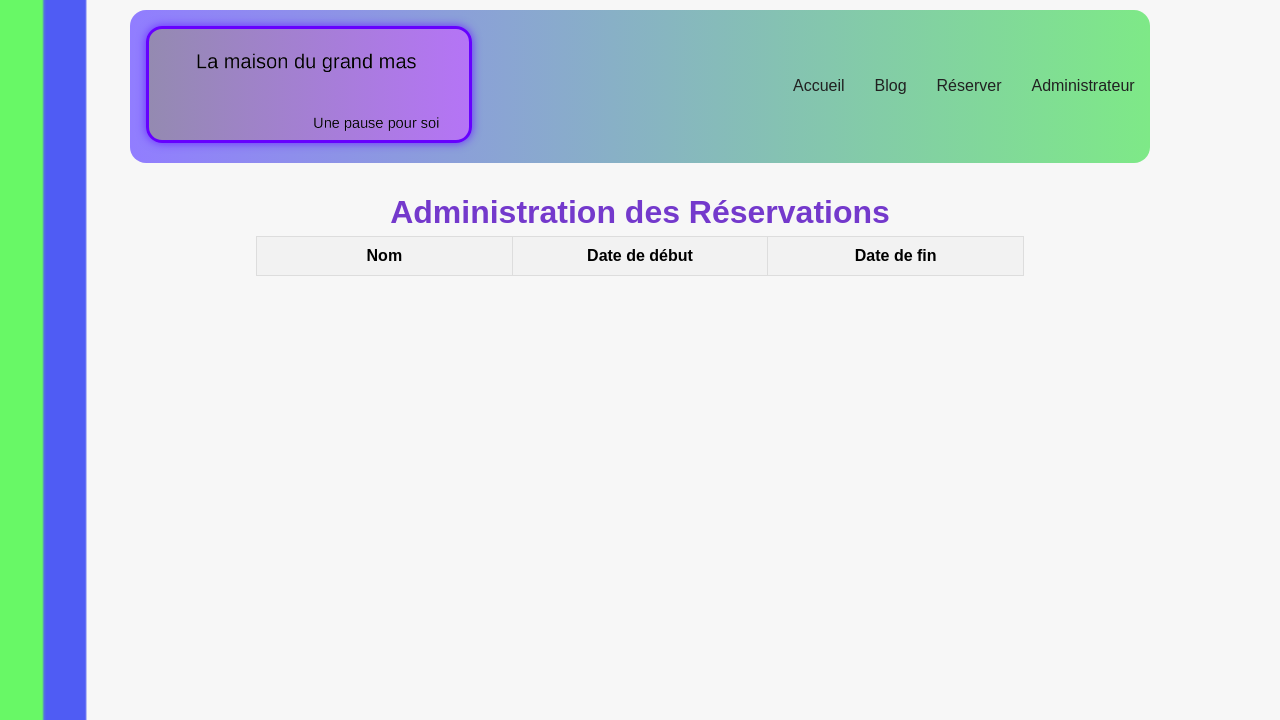
Repository: Crosnierpaul/Les_Rangers_de_Pouvoir
Page: http://localhost/adminReservation
The author's editor kept a copy of each file at every save. The page is drawn from the files as they stood at one save, then again after a run of saves.
The browser window is 1280 px wide. The pictures show the whole page.
The page is served by the project's Node server (site/server.js). Other server files are loaded and not shown. Queries for data that is not in the repository find no rows.

Above is the page before, as saved 2024-05-07 15:54:27.

### site/public/views/reservationAdmin.ejs
<!DOCTYPE html>
<html lang="fr">
<head>
    <meta charset="UTF-8">
    <meta name="viewport" content="width=device-width, initial-scale=1.0">
    <title>Administration des Réservations</title>
    <link rel="stylesheet" href="../css/style.css">
    <link rel="stylesheet" href="../css/admin.css">
</head>
<body>
    <%- include('navbarAdmin') %>
    <h1>Administration des Réservations</h1>
    <table id="reservationsTable">
        <thead>
            <tr>
                <th>Nom</th>
                <th>Date de début</th>
                <th>Date de fin</th>
            </tr>
        </thead>
        <tbody id="reservationsBody">
            <!-- Les réservations seront insérées ici -->
        </tbody>
    </table>

    <script src="/js/reservationAdmin.js"></script>
</body>
</html>

### site/public/views/navbarAdmin.ejs
<!DOCTYPE html>
<html lang="fr">
<head>
    <meta charset="UTF-8">
    <meta name="viewport" content="width=device-width, initial-scale=1.0">
    <title>Navbar</title>
    <link href="/css/navbar.css" rel="stylesheet">
</head>
<body>
    <header>
        <nav class="navbar navbar-expand-md navbar-light">
            <div class="container">
                <!-- Ajouter le bouton de bascule pour les petits écrans
                <button class="navbar-toggler" type="button" data-toggle="collapse" data-target="#navbarSupportedContent" aria-controls="navbarSupportedContent" aria-expanded="false" aria-label="Toggle navigation">
                    <span class="navbar-toggler-icon"></span>
                </button> -->
                <div class="collapse navbar-collapse justify-content-center" id="navbarSupportedContent">
                    <ul class="navbar-nav d-flex justify-content-start">
                        <li id="liLogo">
                            <img id="logo" src="/images/logo.png"/>
                        </li>
                        <li class="nav-item">
                            <a class="nav-link" href="/">Accueil</a>
                        </li>
                        <li class="nav-item">
                            <a class="nav-link" href="/blog">Blog</a>
                        </li>
                        <li class="nav-item">
                            <a class="nav-link" href="/entretien">Réserver</a>
                        </li>
                        <li class="nav-item">
                            <a class="nav-link" href="/admin">Administrateur</a>
                        </li>
                        </ul>
                    </div>
                </div>
            </div>
        </nav>
    </header>

    <!-- Inclure jQuery (requis pour Bootstrap JavaScript)
    <script src="https://ajax.googleapis.com/ajax/libs/jquery/3.5.1/jquery.min.js"></script>
    Inclure Bootstrap JavaScript
    <script src="https://stackpath.bootstrapcdn.com/bootstrap/4.5.2/js/bootstrap.bundle.min.js"></script> -->
</body>
</html>

<script>
    // Attendez que le DOM soit chargé
    document.addEventListener("DOMContentLoaded", function() {
        // Récupérez l'URL de la page actuelle
        var currentLocation = window.location.href.substring("http://localhost:3000".length);

        // Sélectionnez tous les liens de la navbar
        var navLinks = document.querySelectorAll('.navbar-nav .nav-item');

        // Parcourez chaque lien pour vérifier s'il correspond à la page active
        navLinks.forEach(function(navItem) {
            var link = navItem.querySelector('.nav-link');
            var linkHref = link.getAttribute('href');

            // Vérifiez si l'URL de la page actuelle correspond à l'URL du lien dans la navbar
            if (currentLocation === linkHref) {
                // Ajoutez la classe 'active' à l'élément parent (li) correspondant
                navItem.classList.add('active');
            }
        });
    });
</script>

### site/server.js
const express = require('express');
const mongoose = require('mongoose');
const semainesRoutes = require('./routes/semainesRoutes');
const articleRoutes = require('./routes/articleRoutes');
const reservationsRoutes = require('./routes/reservationsRoutes');
const entretienRoutes = require('./routes/entretienRoutes');
const path = require('path');

const app = express();
const PORT = process.env.PORT || 3000;

//----------- Connect to MongoDB -----------//
mongoose.connect('mongodb://localhost:27017/siteDB', { useNewUrlParser: true, useUnifiedTopology: true })
    .then(() => {
        console.log('Connected to MongoDB');
        app.listen(PORT, () => {
            console.log(`Server is running on port ${PORT}`);
        });
    })
    .catch(err => console.error('Error connecting to MongoDB:', err));

//----------- Middleware -----------//
app.use(express.json());

app.use(express.static(path.join(__dirname, 'public')));

//----------- View engine setup -----------//
app.set('views', path.join(__dirname, 'public', 'views'));

app.set('view engine', 'ejs');

//----------- Routes -----------//
app.use('/semaines', semainesRoutes);
app.use('/reservations', reservationsRoutes);
app.use('/articles', articleRoutes);
app.use('/entretiens', entretienRoutes);

app.get('/', (req, res) => {
    res.render('index');
});

app.get('/blog', (req, res) => {
    res.render('blog');
});

app.get('/reservation', (req, res) => {
    res.render('reservation');
});

app.get('/admin', (req, res) => {
    res.render('admin');
});

app.get('/adminBlog', (req, res) => {
    res.render('blogAdmin');
});

app.get('/adminReservation', (req, res) => {
    res.render('reservationAdmin');
});

app.get('/entretien', (req, res) => {
    res.render('entretien');
});

app.get('/adminEntretien', (req, res) => {
    res.render('entretienAdmin');
});

app.get('/adminAccueil', (req, res) => {
    res.render('accueilAdmin');
});

### site/public/css/style.css

body {
    font-family: Arial, sans-serif;
    margin: 20px;
    padding: 0;
    background-image: url(../images/layered-waves-haikei.png);
    background-size: cover;
    background-repeat: no-repeat;
    background-attachment: fixed;
}

h1, h2 {
    text-align: center;
    margin-bottom: 5px;
    color: #7439cc;
}


form {
    margin-bottom: 30px;
}

label {
    display: block;
    margin-bottom: 5px;
    color: #7439cc;
}

input[type="text"],
textarea,
input[type="file"] {
    width: 100%;
    padding: 10px;
    margin-bottom: 15px;
    border: 1px solid #191919;
    border-radius: 4px;
    box-sizing: border-box;
    background-color: #fbfbfb;
    color: #7439cc;
}

input[type="submit"],
button[type="submit"] {
    display: inline-block;
    background-color: #999;
    color: #fff;
    padding: 10px 20px;
    margin-bottom: 10px;
    border: none;
    border-radius: 4px;
    cursor: pointer;
}

input[type="submit"]:hover,
button[type="submit"]:hover {
    background-color: #ccc;
    color: #333;
}

#clearArticles,
#deleteArticle {
    margin-right: 10px;
}

@media (max-width: 480px) {
    #deleteArticle,
    #deleteLastArticle {
        width: 100%;
        display: block;
        margin-right: 0;
    }
}

#articlesList {
    background-color: #333;
}

/*------------------------- CONTAINER ET INFOS INFOS ACCUEIL ---------------------------------------------*/

.bordertitle {
    border-bottom: 4px solid #e9de02;
    border-top: 4px solid #e9de02;
    box-shadow: #e9de024e -5px 5px, rgba(240, 46, 170, 0.3) -10px 10px, rgba(240, 46, 170, 0.2) -15px 15px, rgba(240, 46, 170, 0.1) -20px 20px, rgba(240, 46, 170, 0.05) -25px 25px;
}


.containerindex {
    display: flex;
    flex-direction: column;
    min-width: 40em;
    max-width: 120em;
    align-items: center;
    border-radius: 48px 10px 46px 10px;
    -webkit-border-radius: 48px 10px 46px 10px;
    -moz-border-radius: 48px 10px 46px 10px;
    background-image: url(../images/blob-scene-haikei.png);
    background-repeat: no-repeat;
    background-size: cover;
}
.row {
    display: flex;
    justify-content: center; /* Espacement égal entre les éléments */
    width: 100%;
}

.card {
    --background: linear-gradient(to left, #7439cc 0%, #1ae42b 100%);
    max-width: 100%;
    max-height: 100%;
    padding: 5px;
    border-radius: 1rem;
    overflow: visible;
    background: #f7ba2b;
    background: var(--background);
    position: relative;
    z-index: 1;
    margin: 20px;
    margin-top: 15px;
}

.card::after {
    position: absolute;
    content: "";
    top: 30px;
    left: 0;
    right: 0;
    z-index: -1;
    height: 100%;
    width: 100%;
    transform: scale(0.8);
    filter: blur(25px);
    background: #f7ba2b;
    background: var(--background);
    transition: opacity .5s;
}

.card-info {
    --color: #f4f4f4;
    background: var(--color);
    color: var(--color);
    display: flex;
    flex-direction: column; /* Affichage en colonnes */
    justify-content: center;
    align-items: center;
    width: 100%;
    height: 100%;
    overflow: visible;
    border-radius: .7rem;
}

.card .title {
    font-weight: bold;
}

/*Hover*/
.card:hover::after {
    opacity: 0;
}

.card:hover .card-info {
    color: #f7ba2b;
    transition: color 1s;
}

/* Ajouter un espace de 25px entre les deux cartes du haut */
.row:first-child .col-6 {
    margin-right: 25px;
}

/* Centrer la carte du bas */
.row:last-child {
    justify-content: center;
}

.row {
    display: flex;
    justify-content: center;
    width: 100%;
    flex-direction: row;
    flex-wrap: nowrap;
    align-content: center;
    align-items: center;
}


/*------------------------- ONEPAGE ---------------------------------------------*/

body {
    font-family: Arial, sans-serif;
    margin: 0;
    padding: 0;
    box-sizing: border-box;
    overflow-x: hidden; /* Empêche le défilement horizontal d'apparaître */
}

.navbarHori {
    position: fixed;
    top: 50%; /* Positionne la barre de navigation à 50% du haut de la fenêtre */
    transform: translateY(-50%); /* Déplace la barre de navigation vers le haut de moitié de sa propre hauteur */
    right: 10px; /* Ajoute un espace à droite pour éviter le chevauchement avec la barre de défilement */
    width: 20px; /* Largeur réduite de la barre de navigation */
    height: calc(100vh - 50vh); /* Hauteur de la barre de navigation (100% de la hauteur moins 50% de la hauteur) */
    background-color: rgb(156, 255, 164);
    display: flex;
    flex-direction: column;
    align-items: center;
    justify-content: center;
    border-radius: 15px;
    opacity: 0.2; /* Définit l'opacité initiale à 0 (invisible) */
    transition: opacity 0.3s ease; /* Ajoute une transition sur l'opacité */
}

.navbarHori:hover {
    opacity: 1; /* Rend la barre de navigation visible au survol */
}

.navbarHori a {
    text-decoration: none;
    margin-bottom: 18px; /* Réduit légèrement l'espacement entre les points */
    width: 10px; /* Largeur réduite du point */
    height: 10px; /* Hauteur réduite du point */
    border-radius: 50%; /* Pour rendre le point rond */
    background-color: #fff;
    display: flex;
    align-items: center;
    justify-content: center;
    transition: transform 0.2s ease; /* Ajoute une transition sur la propriété transform */
}

.navbarHori a:hover {
    transform: scale(0.9); /* Réduit légèrement la taille du point au survol */
}

.navbarHori a:active {
    transform: scale(0.8); /* Réduit davantage la taille du point lorsque pressé */
    /* background-color: #666; /* Change la couleur de fond du point lorsque pressé */
    opacity: 0;
}

.baniere {
    display: flex;
    flex-direction: column;
    align-items: center;
    justify-content: center;
    padding: 50px;
    margin: 1em;
    background-image: url(https://www.barnes-international.com/images/titres_personnalises/-titre-lhYBl.jpg);
    height: 60vh;
    border-radius: 1em;
}

.section {
    display: flex;
    flex-direction: column;
    align-items: center;
    padding: 50px;
    margin-top: 80px;
    /* background-image: url(https://img.freepik.com/vecteurs-premium/fond-remplissage-motif-repetition-sans-soudure_74869-1234.jpg?size=626&ext=jpg&ga=GA1.1.1413502914.1713571200&semt=ais); */
    /* --background: linear-gradient(to bottom, #ffffff 0%, #999999 100%);
    background: var(--background); */
    background-color: #eeeeee00;
    max-height: 400vh;
    min-height: 100vh;
}

.section h1 {
    text-align: center;
    margin-top: -20px;
    margin-bottom: 20px;
    color : #7439cc;
}

.section ul {
    list-style-type: none;
    padding: 0;
    margin: 0;
}

.section ul li {
    margin-right: 1em;
    margin-left: 1em;
    position: relative;
    padding-left: 20px;
    margin-bottom: 8px;
    font-size: 18px; /* Taille de texte ajustée */
    line-height: 1.6;
    color: #7439cc;
    font-family: "Arial", sans-serif; /* Changement de police */
}

/* Affiche la section correspondante lorsqu'un point est survolé */
.navbarHori a:hover::before {
    content: attr(data-section); /* Affiche le nom de la section */
    position: absolute;
    right: 180%; /* Positionne le texte à gauche de la barre de navigation */
    background-color: rgba(255, 255, 255, 0.9); /* Couleur de fond du texte */
    padding: 5px;
    border-radius: 5px;
    font-size: 14px;
    white-space: nowrap;
}

@media (max-width: 768px) { /* Ajout de la règle media query pour les tailles de vue inférieures à 768px, qui est généralement utilisée pour les tablettes et les téléphones */
    .navbarHori {
        position: fixed;
        top: 50%;
        transform: translateY(-50%); /* Déplace la barre de navigation vers le haut de moitié de sa propre hauteur */
        height: auto;
        transform: none; /* Supprime la transformation de translation */
        opacity: 1; /* Rend la barre de navigation toujours visible */
        background-color: rgb(156, 255, 164); /* Couleur de fond */
    }

    .navbarHori:hover,
    .navbarHori a:hover,
    .navbarHori a:active {
        transform: none; /* Supprime la transformation au survol ou à l'activation */
        opacity: 1; /* Rend la barre de navigation toujours visible */
    }

    .navbarHori a::before {
        display: none; /* Cache le texte de section avant le survol */
    }
}

#articlesList div {
    background-color: #f9f9f9;
    border-radius: 1em;
    margin: 1em;
    padding-top: 2vh;
    padding-bottom: 2vh;
    padding-left: 5vh;
    padding-right: 5vh;
}

#articlesList p, #articlesList h2 {
    color: #7439cc;
}

#articlesList {
    background-color: transparent;
}

### site/public/css/admin.css
/* Style de base pour le selecteur */
select {
    display: flex;
    justify-content: center;
}

#timeSlot {
    font-family: 'Poppins', sans-serif;
    font-size: 16px;
    padding: 10px;
    width: 200px;
    border: 1px solid #ccc;
    border-radius: 5px;
    background-color: #fff;
    appearance: none; /* Masquer l'apparence native */
}

/* Style pour les options du selecteur */
#timeSlot option {
    font-family: 'Poppins', sans-serif;
    font-size: 16px;
    padding: 10px;
    background-color: #fff;
    color: #333;
}

table {
    border-collapse: collapse;
    width: 60%;
    margin: 0 auto;
    border: 1px solid #ddd;
    border-radius: 5px;
}

th, td {
    border: 1px solid #ddd;
    padding: 10px;
    text-align: center;
    width: calc(100% / 3); /* Les cellules prennent chacune 1/3 de la largeur du tableau */
}

th {
    background-color: #f2f2f2;
}

tbody tr:hover {
    background-color: #f0f0f0;
    cursor: pointer;
}



td:hover {
    background-color: #f0f0f0; /* Couleur de fond lors du survol */
    cursor: pointer; /* Changement de curseur pour indiquer qu'il est cliquable */
}

td.selected {
    background-color: #c99aff; /* Couleur de fond grise pour les cellules sélectionnées */
    cursor: default; /* Désactiver le changement de curseur */
}

p {
    text-align: center;
}

section {
    margin: 1em auto; /* Centrer la section */
    max-width: 80%; /* Réduire la largeur maximale */
    --background: linear-gradient(to bottom, #b1ff9c 0%, #79ff84 100%);
    background: var(--background);
    border-radius: 1em;
    padding: 1em;
}

### site/public/css/navbar.css
.start-header {
	opacity: 1;
	transform: translateY(0);
	padding: 20px 0;
	box-shadow: 0 10px 30px 0 rgba(138, 155, 165, 0.15);
	-webkit-transition : all 0.3s ease-out;
	transition : all 0.3s ease-out;
}

.start-header.scroll-on {
	box-shadow: 0 5px 10px 0 rgba(138, 155, 165, 0.15);
	padding: 10px 0;
	-webkit-transition : all 0.3s ease-out;
	transition : all 0.3s ease-out;
}

.start-header.scroll-on .navbar-brand img{
	height: 24px;
	-webkit-transition : all 0.3s ease-out;
	transition : all 0.3s ease-out;
}

.navigation-wrap{
	position: fixed;
	width: 100%;
	top: 0;
	left: 0;
	z-index: 1000;
	-webkit-transition : all 0.3s ease-out;
	transition : all 0.3s ease-out;
}

.navbar {
    padding: 10px 0;
    display: flex;
    justify-content: center;
	margin-left: 1em;
  	margin-right: 1em;
}

.navbar-toggler {
	float: right;
	border: none;
	padding-right: 0;
	padding-left: 0;
}

.navbar-toggler:active,
.navbar-toggler:focus {
	outline: none;
}

.navbar-light .navbar-toggler-icon {
	width: 24px;
	height: 17px;
	background-image: none;
	position: relative;
	border-bottom: 1px solid #000;
    transition: all 300ms linear;
}

.navbar-light .navbar-toggler-icon:after,
.navbar-light .navbar-toggler-icon:before{
	width: 24px;
	position: absolute;
	height: 1px;
	background-color: #000;
	top: 0;
	left: 0;
	content: '';
	z-index: 2;
    transition: all 300ms linear;
}

.navbar-light .navbar-toggler-icon:after{
	top: 8px;
}

.navbar-toggler[aria-expanded="true"] .navbar-toggler-icon:after {
	transform: rotate(45deg);
}

.navbar-toggler[aria-expanded="true"] .navbar-toggler-icon:before {
	transform: translateY(8px) rotate(-45deg);
}

.navbar-toggler[aria-expanded="true"] .navbar-toggler-icon {
	border-color: transparent;
}

.nav-link{
	color: #212121 !important;
	font-weight: 500;
    transition: all 200ms linear;
}

.nav-item.active .nav-link{
	color: #7439cc  !important;
}

/* LIGNE SOUS LIEN APRES SOURIS DESSUS */

.nav-link {
	position: relative;
	padding: 5px 0 !important;
	display: inline-block;
}

.nav-item:after {
	position: absolute;
	bottom: -5px;
	left: 0;
	width: 100%;
	height: 2px;
	content: '';
	background-color: #7439cc ;
	opacity: 0;
    transition: all 200ms linear;
}

/* FIN LIGNE SOUS LIEN */

.nav-item:hover:after{
	bottom: 0;
	opacity: 1;
}

.nav-item.active:hover:after{
	opacity: 0;
}

.nav-item {
    position: relative;
    transition: all 200ms linear;
    padding: 1em;
    text-align: center;
}

/* .nav-item.active .nav-link {
    color: #007bff; /* Changez cette couleur pour mettre en évidence l'élément actif
} */

.navbar-brand {
    margin-right: auto;
    margin-left: auto;
}

/* Ajoutez ces styles pour supprimer les puces des éléments li */
.navbar-nav {
    display: flex;
    justify-content: center;
    align-items: center;
    padding-left: 0; /* Supprime le décalage à gauche de la liste */
}

.navbar-nav .nav-item {
    padding: 0 15px;
    list-style: none; /* Supprime les puces */
}

.navbar-nav .nav-link {
    color: #212121 !important;
    font-weight: 500;
    transition: all 200ms linear;
}

.navbar-nav .nav-item:hover .nav-link {
    color: #7439cc !important;
}

/* Modifiez les styles des liens de navigation pour ressembler à du texte normal */
.nav-link {
    color: #212121 !important;
    font-weight: 500;
    transition: all 200ms linear;
    text-decoration: none; /* Supprime le soulignement par défaut des liens */
    cursor: pointer; /* Change le curseur en pointeur au survol */
}

.container {
	--background: linear-gradient(to right, #917dff 0%, #7ee987 100%);
    margin: 0px;
	min-height: 15vh;
	max-width: max-content;
	background: var(--background);
	border-radius: 1em;
}

.purple {
	color: #7439cc;
}

#logo {
	width: 20em;
	border: 3.5px solid #6600ff;
	border-radius: 1em;
	margin-left:  1em;
	margin-right: 19.1em;
	--background: linear-gradient(to right, #948ab1 0%, #b574f6 100%);
	background: var(--background);
	box-shadow: 0 0 10px 0 rgb(106, 43, 255);
}

#liLogo {
    list-style: none;
}

.nav-item.active:after {
	position: absolute;
	bottom: 0;
	left: 0;
	width: 100%;
	height: 2px;
	content: '';
	background-color: #7439cc ;
	opacity: 1;
}

.rs {
	margin-left: 18em;
	display: inherit;
}

.rs .nav-item {
	margin-left: 5px;
	margin-right: 5px;
}

/* Styles pour les écrans plus petits que 768px */
@media (max-width: 1000px) {
    .navbar {
        flex-direction: column; /* Afficher les éléments de la navbar en colonne */
        align-items: center; /* Centrer les éléments */
    }

    .navbar-nav {
        flex-direction: column; /* Afficher les éléments de la navbar en colonne */
        align-items: center; /* Centrer les éléments */
    }

    .navbar-toggler {
        order: -1; /* Mettre le bouton de bascule en haut */
        margin-bottom: 10px; /* Ajouter un espace entre le bouton de bascule et les liens */
    }

    .rs {
        margin-left: 0; /* Réinitialiser la marge pour les icônes de réseaux sociaux */
        text-align: center; /* Centrer les icônes de réseaux sociaux */
    }
}

/*Styles pour les écrans plus petits que 576px */
@media (max-width: 576px) {
    .navbar-brand {
        margin: 0; /* Réinitialiser la marge pour le logo */
    }

    #logo {
        width: 98.3%; /* Faire en sorte que le logo occupe toute la largeur */
        margin: 0; /* Réinitialiser la marge */
    }

    .rs {
        display: flex; /* Afficher les icônes de réseaux sociaux en ligne */
        justify-content: center; /* Centrer les icônes de réseaux sociaux */
    }

    .rs .nav-item {
        margin: 0 5px; /* Ajouter un espacement horizontal entre les icônes de réseaux sociaux */
    }
}

.tel {
	margin-top: 5px;
}

### site/public/js/reservationAdmin.js
window.onload = () => {
//----------- Requête Reservations  -----------//
    const loadReservations = async () => {
        try {
            const response = await fetch('/reservations');
            const data = await response.json();
            console.log(response)
            // Sélectionner le corps du tableau
            const reservationsBody = document.getElementById('reservationsBody');

            // Vider le corps du tableau
            reservationsBody.innerHTML = '';

            // Ajouter chaque réservation au tableau
            data.forEach(reservation => {
                const row = document.createElement('tr');
                row.innerHTML = `
                    <td>${reservation.name}</td>
                    <td>${reservation.startDate}</td>
                    <td>${reservation.endDate}</td>
                `;
                reservationsBody.appendChild(row);
            });
        } catch (error) {
            console.error('Erreur lors du chargement des réservations :', error);
        }
    };

    loadReservations();
};

### site/routes/reservationsRoutes.js
const express = require('express');
const mongoose = require('mongoose');
const router = express.Router();
const Reservation = require('../models/Reservation');

//----------- GET Commande Get Réservation -----------//
router.get('/', async (req, res) => {
    try {
        const reservations = await Reservation.find();

        res.json(reservations);
    } catch (error) {
        console.error('Error fetching weeks:', error);
        res.status(500).send('Internal Server Error');
    }
});


//----------- POST Commande Reservation -----------//
router.post('/reserver', async (req, res) => {
    try {
        const { name, startDate, endDate } = req.body;

        const formattedStartDate = new Date(startDate).toISOString().split('T')[0];
        const formattedEndDate = new Date(endDate).toISOString().split('T')[0];

        const reservationsCount = await Reservation.countDocuments({ startDate: formattedStartDate, endDate: formattedEndDate });

        if (reservationsCount >= 3) {
            return res.status(400).json({ message: 'Le nombre maximum de réservations pour cette semaine a été atteint.' });
        }

        const newReservation = new Reservation({
            name,
            startDate: formattedStartDate,
            endDate: formattedEndDate
        });

        await newReservation.save();

        res.status(201).json({ message: 'Réservation réussie', reservation: newReservation });
    } catch (error) {
        console.error('Erreur lors de la soumission de la réservation :', error);
        res.status(500).json({ message: 'Erreur Interne du Serveur' });
    }
});

module.exports = router;

After the next 4 saves:
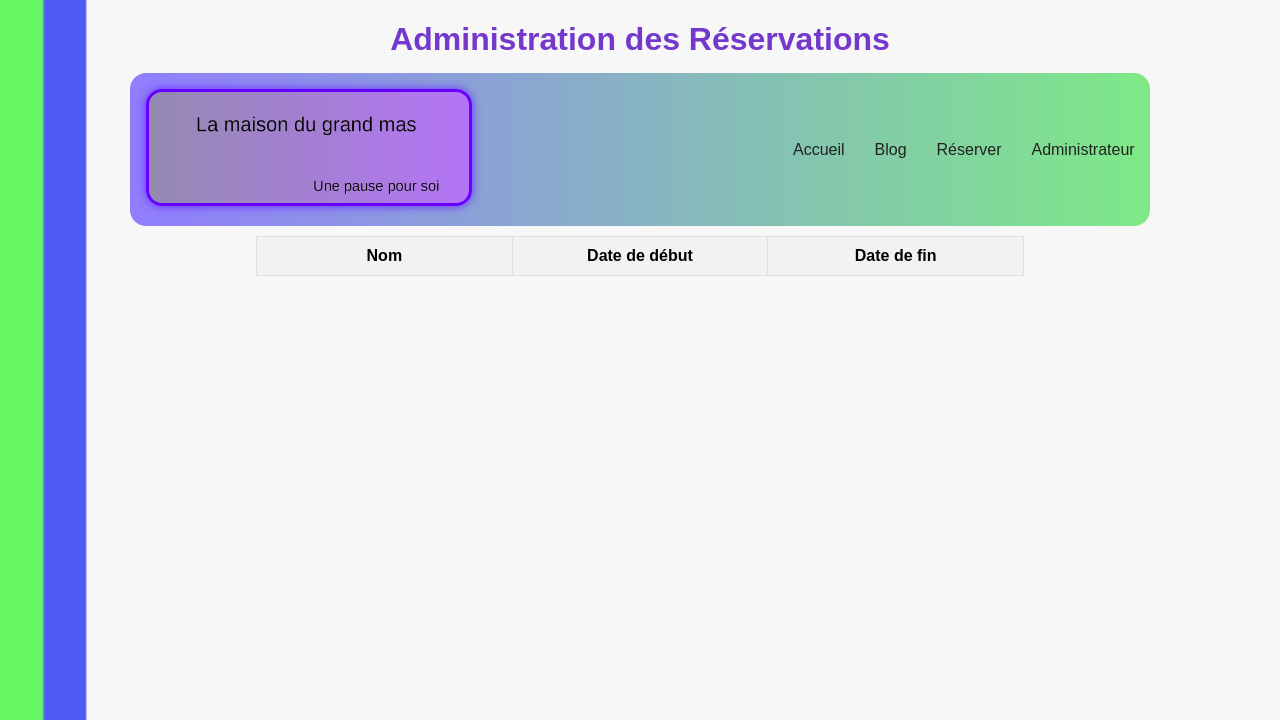
The 4 saves are shown as one change because they came seconds apart.
The last was saved 11 s later.
--- a/site/public/views/reservationAdmin.ejs
+++ b/site/public/views/reservationAdmin.ejs
@@ -8,8 +8,9 @@
     <link rel="stylesheet" href="../css/admin.css">
 </head>
 <body>
+    <h1>Administration des Réservations</h1>
     <%- include('navbarAdmin') %>
-    <h1>Administration des Réservations</h1>
+
     <table id="reservationsTable">
         <thead>
             <tr>
